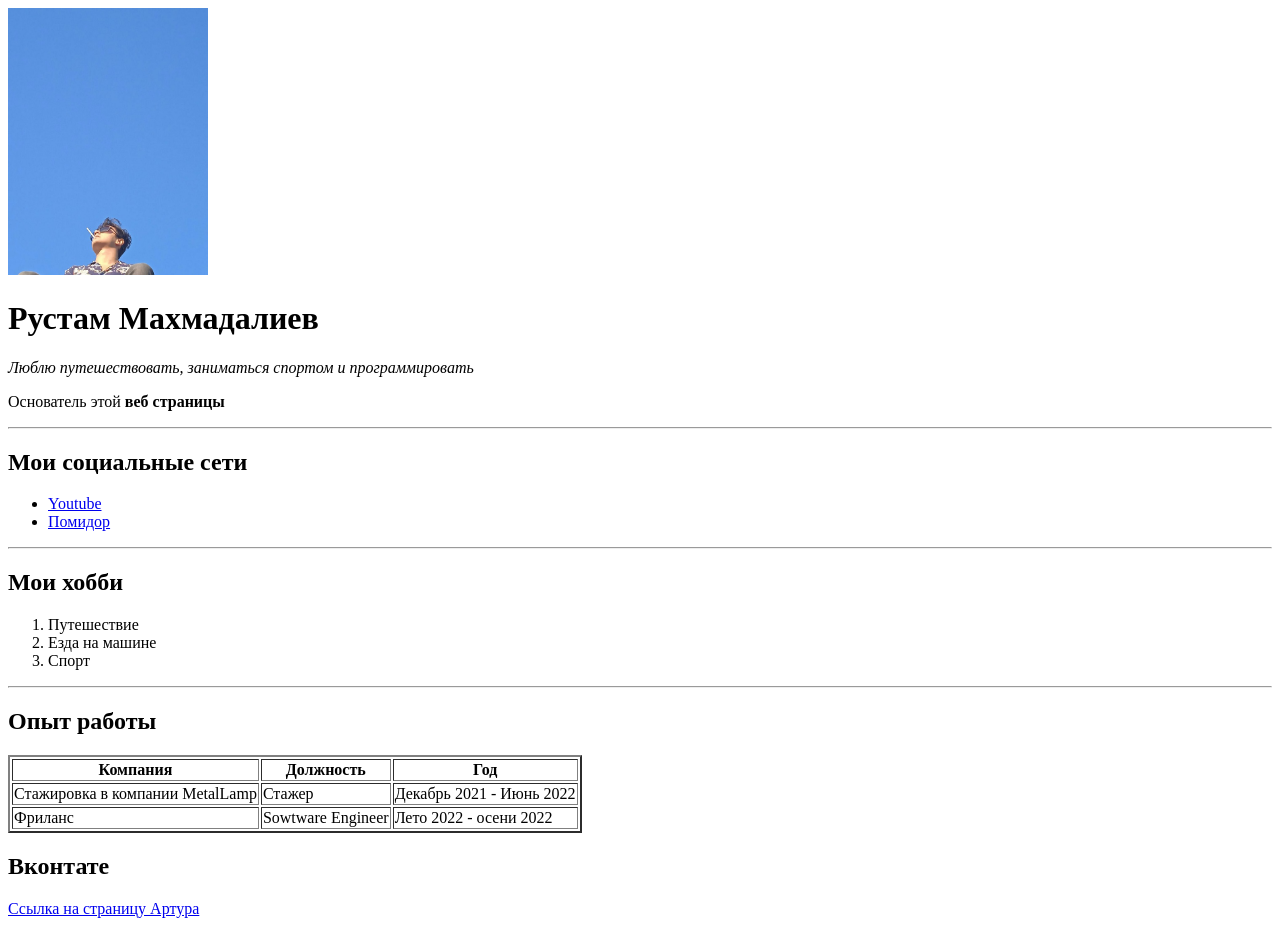
Repository: RustamMakh/html
Page: index.html
An editor plug-in stored every save of this project. The page is shown before and after the next save, followed by the edit.
The browser window is 1280 px wide. The pictures show the whole page.

Above is the page before, as saved 2022-06-08 18:11:17.

After the next save:
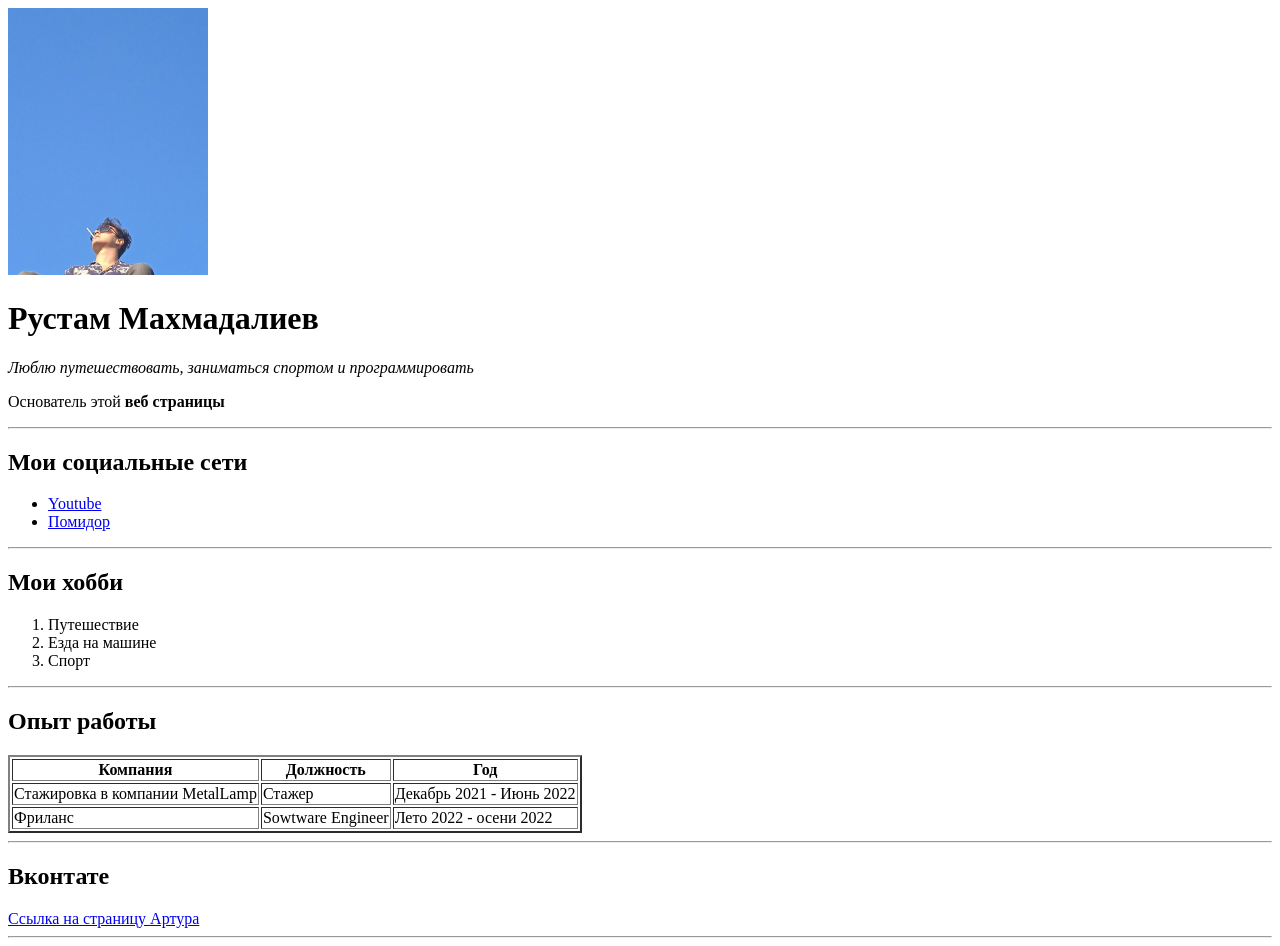
Saved 67 s later.
--- a/index.html
+++ b/index.html
@@ -46,8 +46,11 @@
       <td>Лето 2022 - осени 2022</td>
     </tr>
   </table>
+  <hr>
 
   <h2>Вконтате</h3>
   <a href="Вконтакте.html">Ссылка на страницу Артура</a>
+  <hr>
+
 </body>
 </html>
